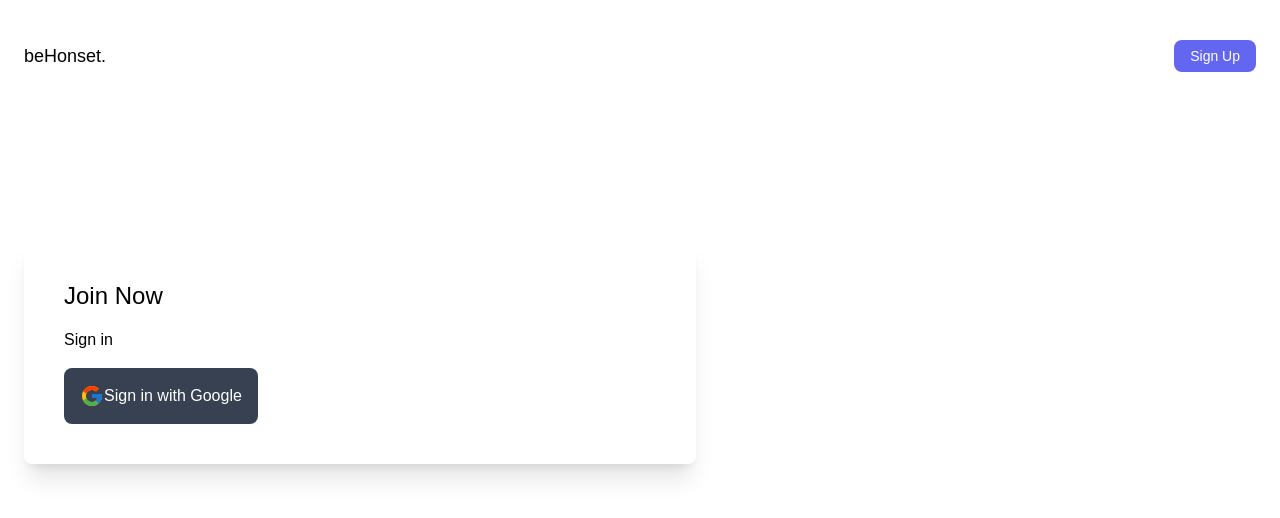
Repository: aidenfine/be-honset
Page: /login
These files come from the project's save history. The page is drawn as it stood at one moment and after the next save; the edit follows.
The browser window is 1280 px wide. The pictures show the whole page.
The page's requests for data from a server got no answer. The project was rebuilt for these pictures with package versions that can differ from the ones it lists, and the page was loaded fresh each time. The framework's server and built-in components were replaced by stand-ins that run in the browser. No one was signed in, and anything a server would have sent is missing. Also part of the build but not shown: next.config.js.

Above is the page before, as saved 2022-10-26 20:12:24.

After the next save:
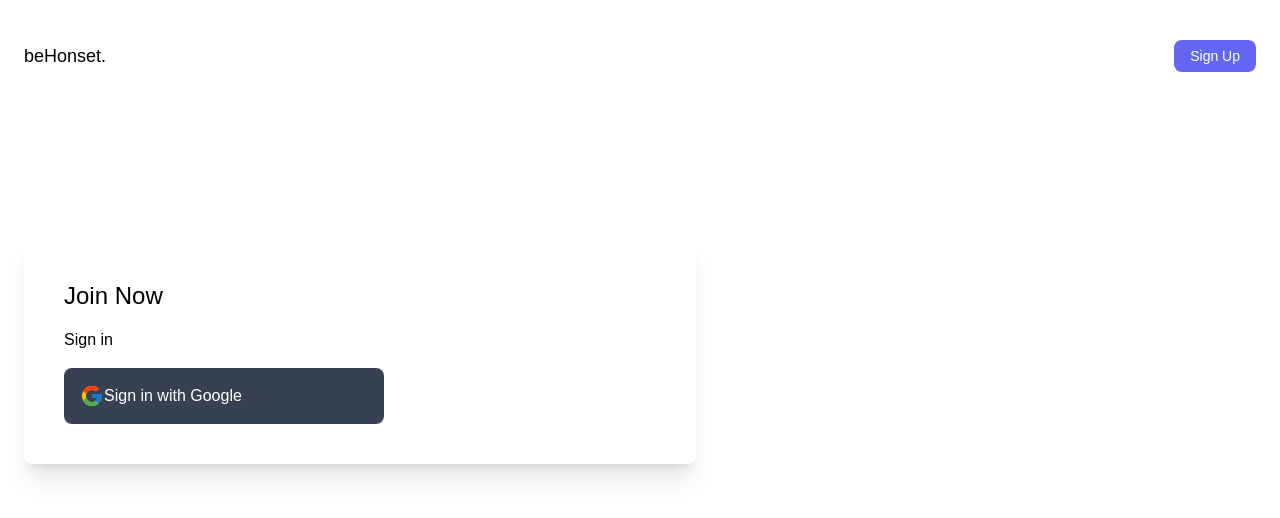
Saved 4 s later.
--- a/pages/login.js
+++ b/pages/login.js
@@ -41,7 +41,7 @@
             <h2 className="text-2xl font-medium">Join Now</h2>
             <div>
                 <h3 className="py-4">Sign in</h3>
-                <button onClick={GoogleLogin} className="text-white bg-gray-700 w-75 font font-medium rounded-lg flex align-middle p-4">
+                <button onClick={GoogleLogin} className="text-white bg-gray-700 w-80 font font-medium rounded-lg flex align-middle p-4">
                     <FcGoogle className="text-2xl"/>
                     Sign in with Google
                 </button>

After the 2 saves that followed:
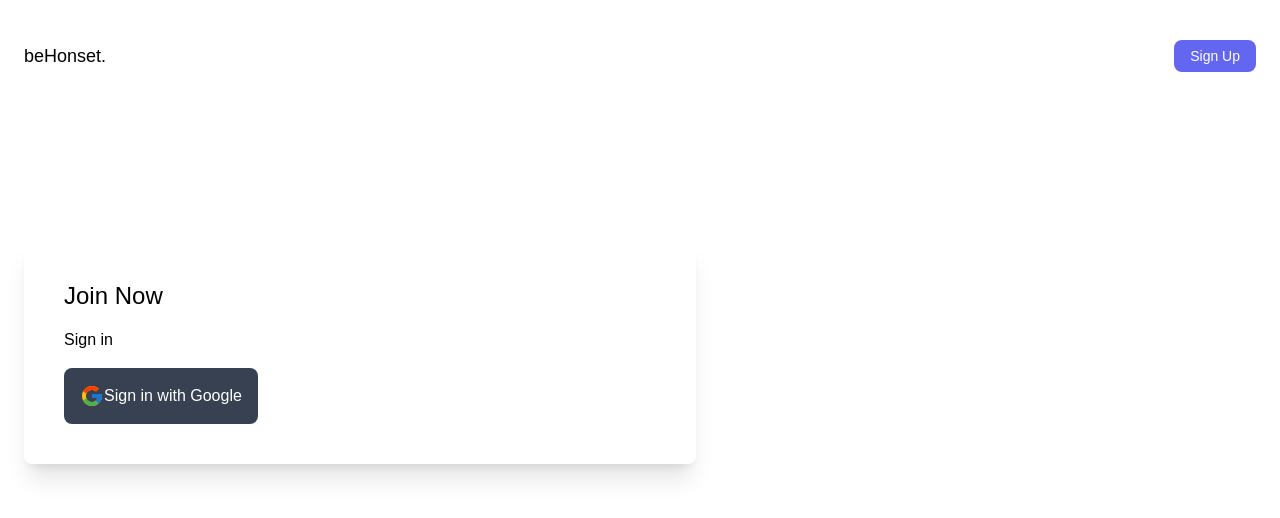
The 2 saves are shown as one change because they came seconds apart.
The last was saved 10 s later.
--- a/pages/login.js
+++ b/pages/login.js
@@ -41,7 +41,7 @@
             <h2 className="text-2xl font-medium">Join Now</h2>
             <div>
                 <h3 className="py-4">Sign in</h3>
-                <button onClick={GoogleLogin} className="text-white bg-gray-700 w-80 font font-medium rounded-lg flex align-middle p-4">
+                <button onClick={GoogleLogin} className="text-white bg-gray-700 w-65 font font-medium rounded-lg flex align-middle p-4">
                     <FcGoogle className="text-2xl"/>
                     Sign in with Google
                 </button>
